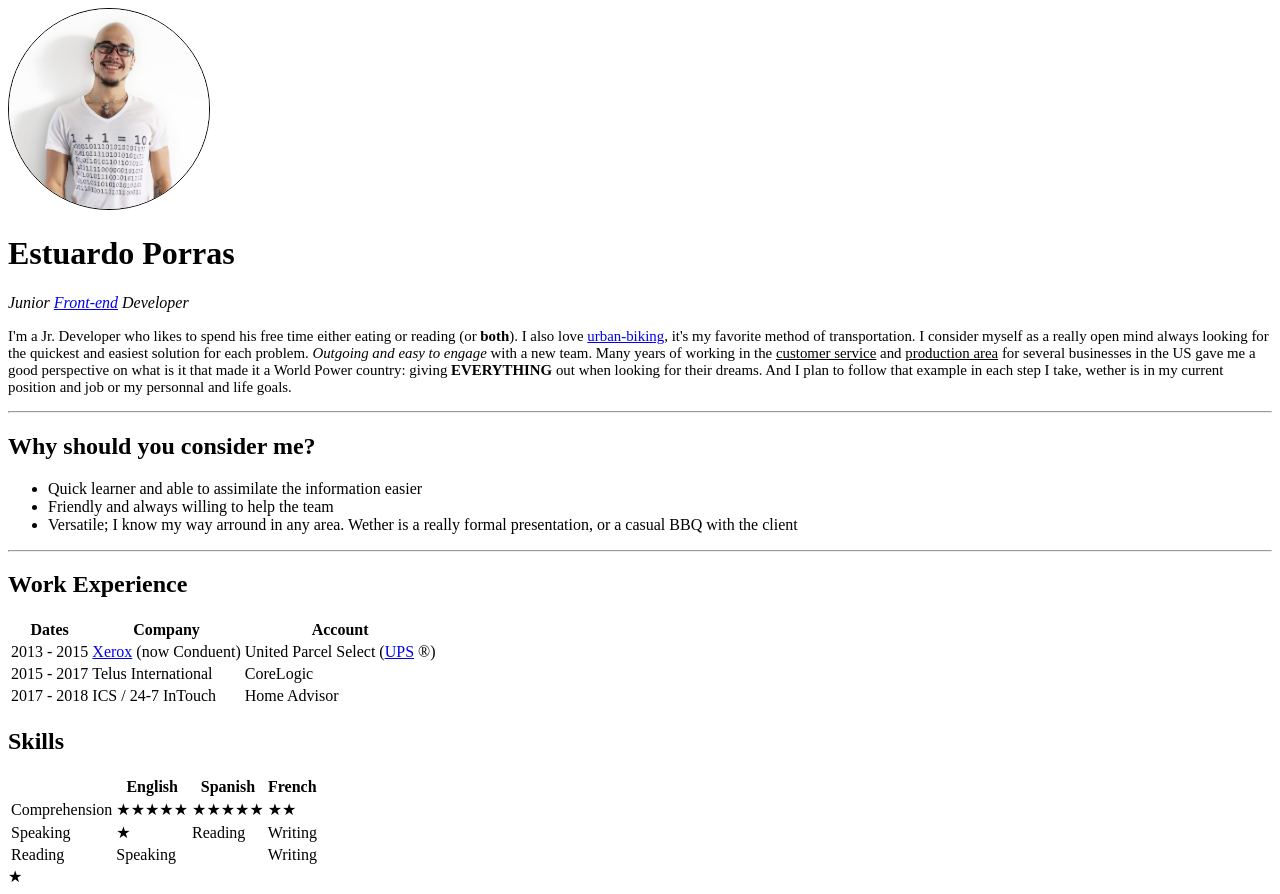
Repository: soloestuardo/bootstrap
Page: proyectos/cv/index.html
The author's editor kept a record of every edit. The page is drawn from the files as they stood at one moment, then again after the next edit.
The browser window is 1280 px wide. The pictures show the whole page.

Above is the page before.

After the next edit:
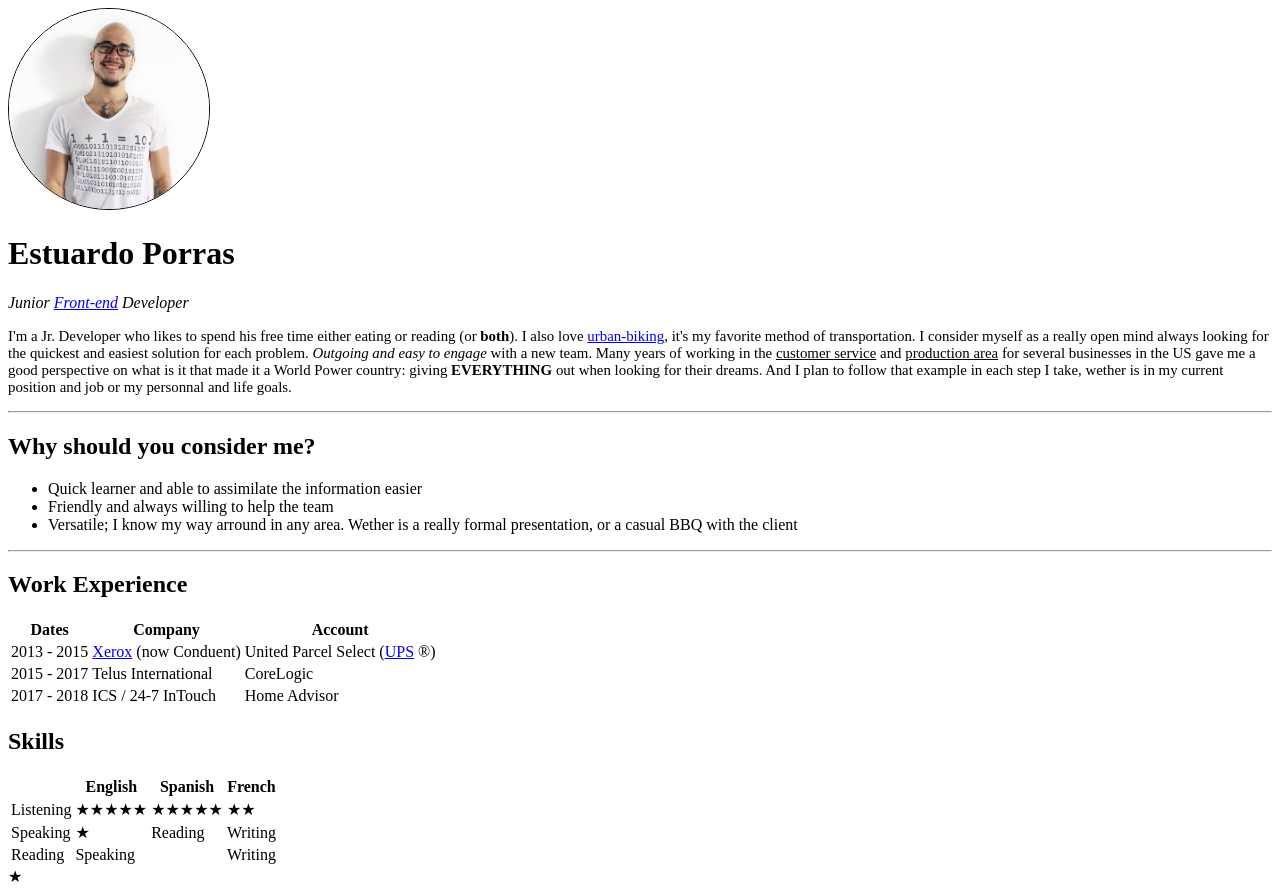
The edit:
--- a/proyectos/cv/index.html
+++ b/proyectos/cv/index.html
@@ -75,7 +75,7 @@
                 <th>French</th>
             </tr>
             <tr>
-                <td>Comprehension</td>
+                <td>Listening</td>
                 <td>&#x2605;&#x2605;&#x2605;&#x2605;&#x2605;</td>
                 <td>&#x2605;&#x2605;&#x2605;&#x2605;&#x2605;</td>
                 <td>&#x2605;&#x2605;</td>
